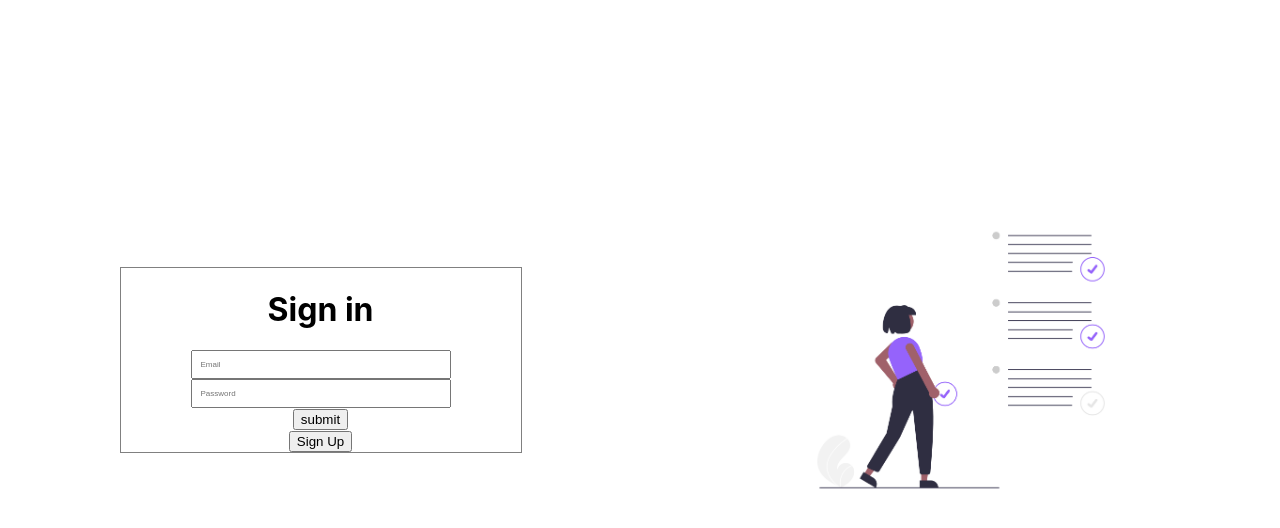
Repository: EEOOOO/wanted-pre-onboarding-fe
Page: / (app in to-do-list-app/)
These files come from the project's save history. The page is drawn as it stood at one moment and after the next save; the edit follows.
The browser window is 1280 px wide. The pictures show the whole page.
The project was rebuilt for these pictures with package versions that can differ from the ones it lists, and the page was loaded fresh each time. Also part of the build but not shown: to-do-list-app/src/components/sign_in/sign_in.module.css, to-do-list-app/src/components/sign_up/sign_up.module.css, to-do-list-app/src/components/sign_up/sign_up.jsx, to-do-list-app/src/components/todoList/todo_list.jsx.

Above is the page before, as saved 2022-08-22 00:06:39.

After the next save:
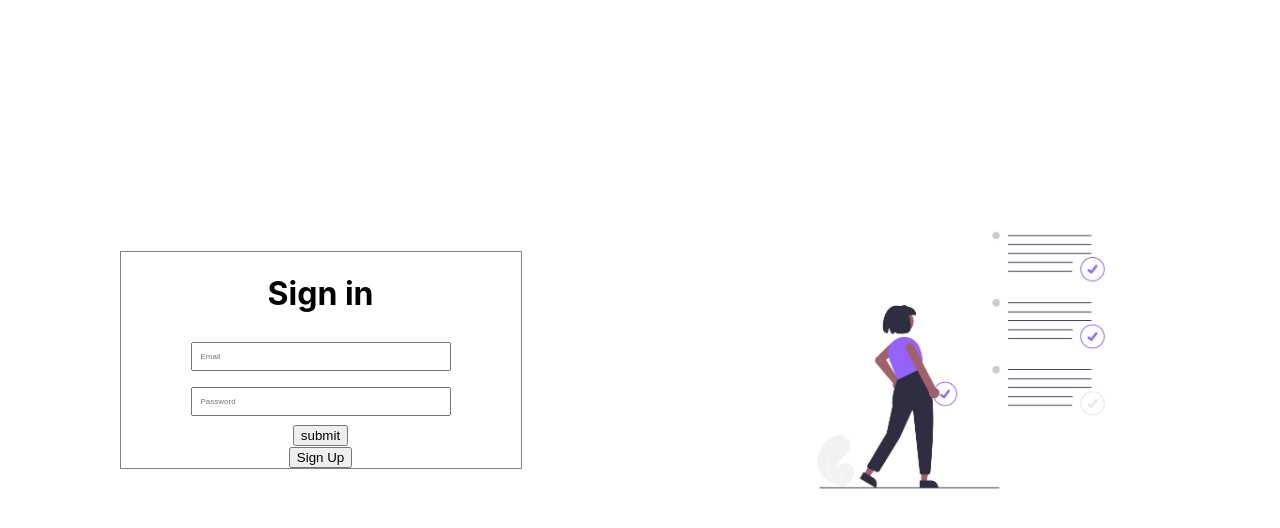
Saved 10 s later.
--- a/to-do-list-app/src/components/login_input_form/login_input_form.module.css
+++ b/to-do-list-app/src/components/login_input_form/login_input_form.module.css
@@ -8,4 +8,5 @@ input {
   width: 60%;
   font-size: 0.5rem;
   padding: 0.5rem;
+  margin: 0.5rem;
 }
